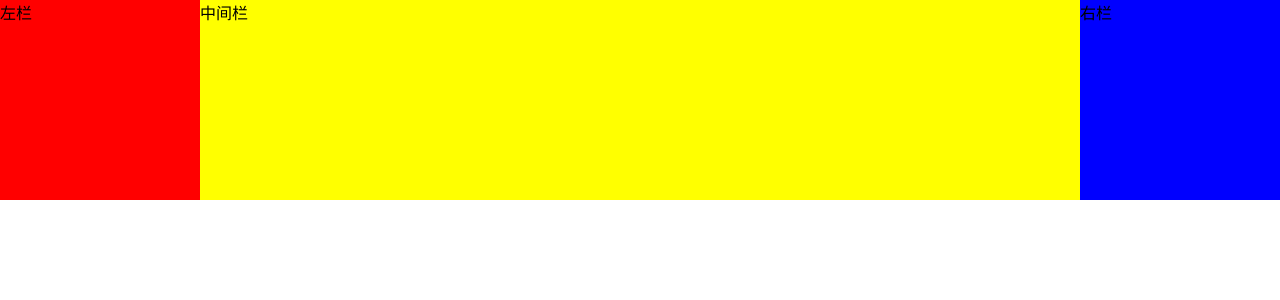
Repository: ljwrookie/Front-end-interview-handwritten-code
Page: css布局/flex三栏布局.html
The author's editor kept a copy of each file at every save. The page is drawn from the files as they stood at one save, then again after the next save.
The browser window is 1280 px wide. The pictures show the whole page.

Above is the page before, as saved 2022-04-07 15:57:24.

After the next save:
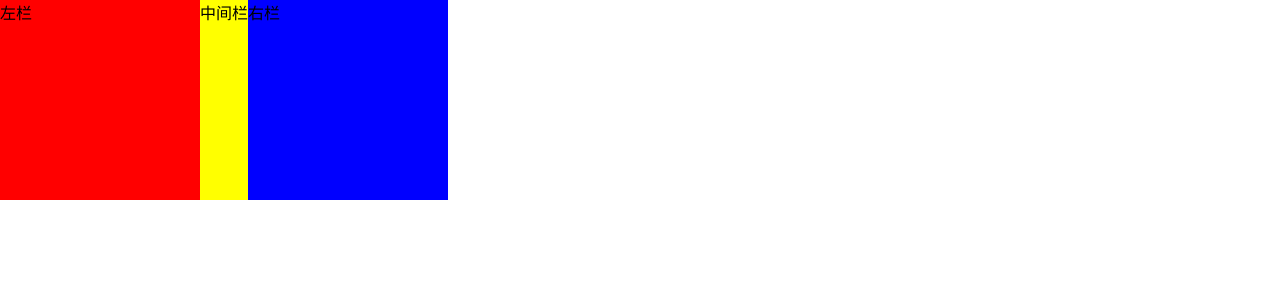
Saved 11 s later.
--- a/css布局/flex三栏布局.html
+++ b/css布局/flex三栏布局.html
@@ -23,7 +23,7 @@
 			.middle {
 				height: 200px;
 				background: yellow;
-				flex: 1;
+				/* flex: 1; */
 			}
 
 			.right {

After the save that followed:
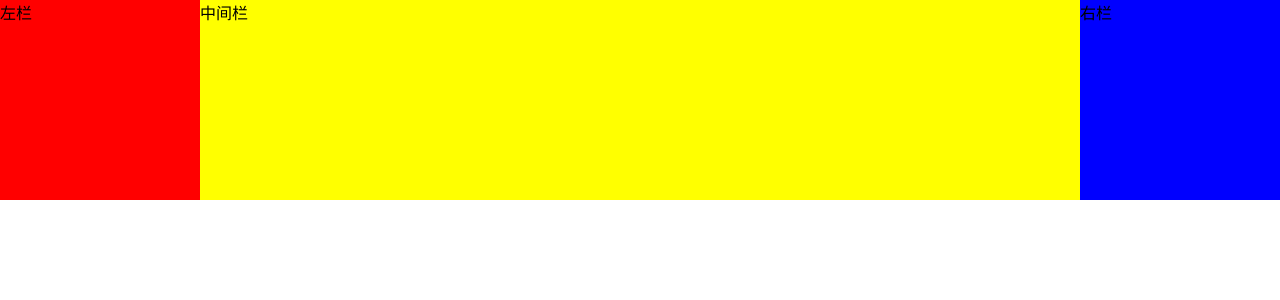
Saved 4 s later.
--- a/css布局/flex三栏布局.html
+++ b/css布局/flex三栏布局.html
@@ -23,7 +23,7 @@
 			.middle {
 				height: 200px;
 				background: yellow;
-				/* flex: 1; */
+				flex: 1;
 			}
 
 			.right {
